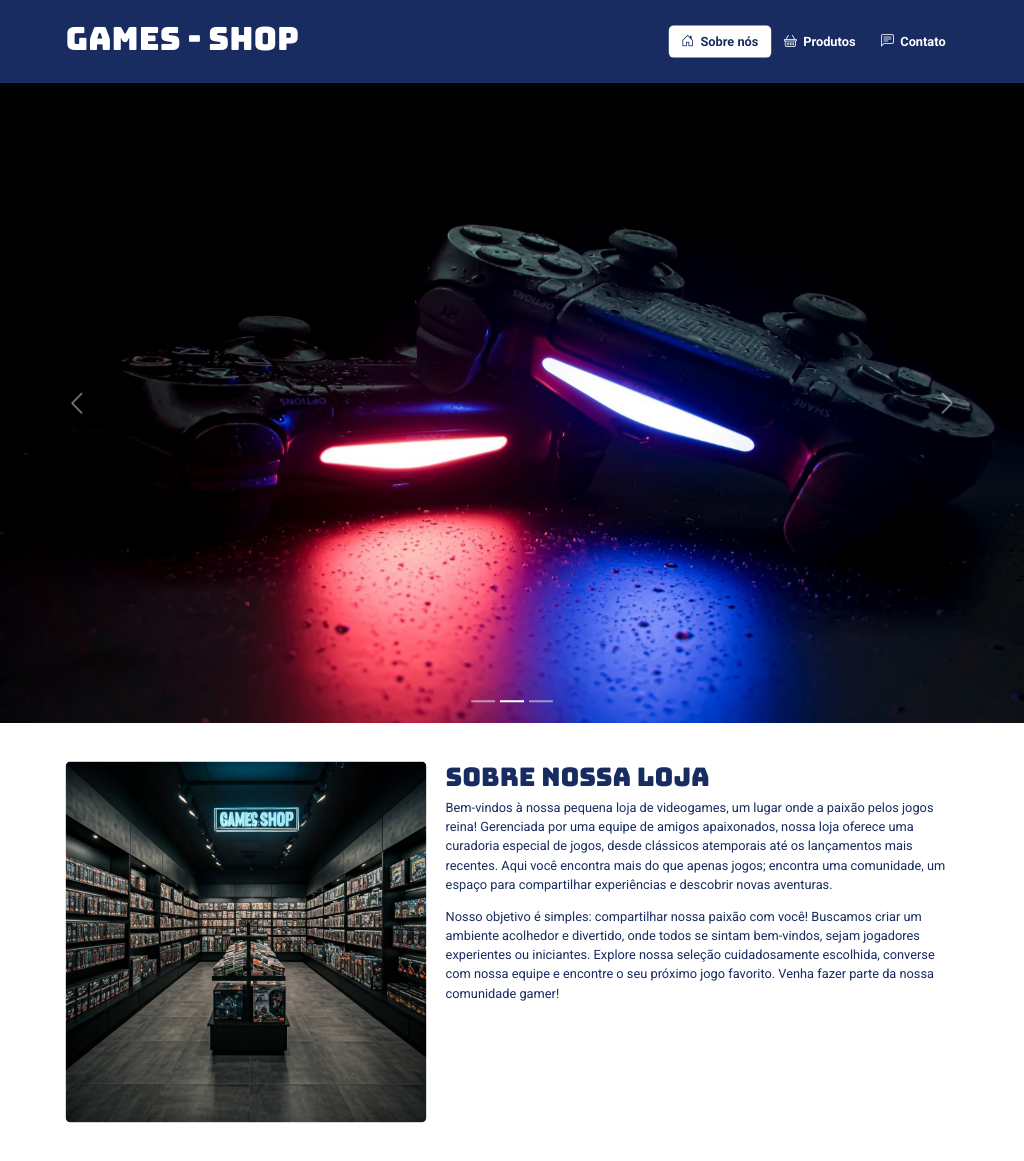
Repository: MatiasBrighent/GamesShop-Bootstrap
Page: index.html
The author's editor kept a copy of each file at every save. The page is drawn from the files as they stood at one save, then again after the next save.
The browser window is 1280 px wide. The pictures show the whole page, at 80% of full size.

Above is the page before, as saved 2025-06-20 14:41:47.

After the next save:
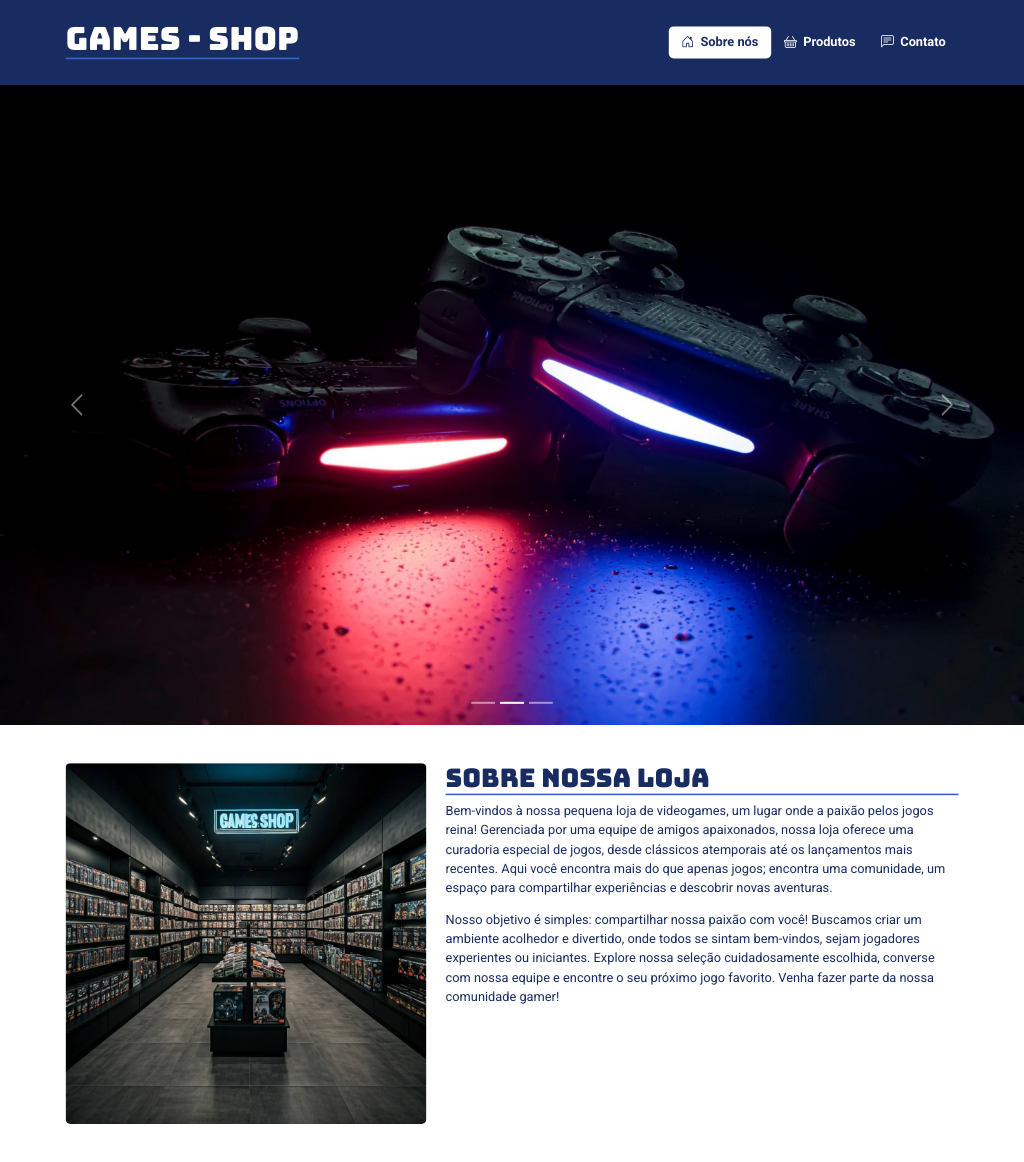
Saved 67 s later.
--- a/style.css
+++ b/style.css
@@ -8,6 +8,8 @@
 }
 .section-tittle{
     font-family: Bungee;
+    color: #182c61;
+    border-bottom: 2px solid #3564ca;
 }
 
 .text-colored{
